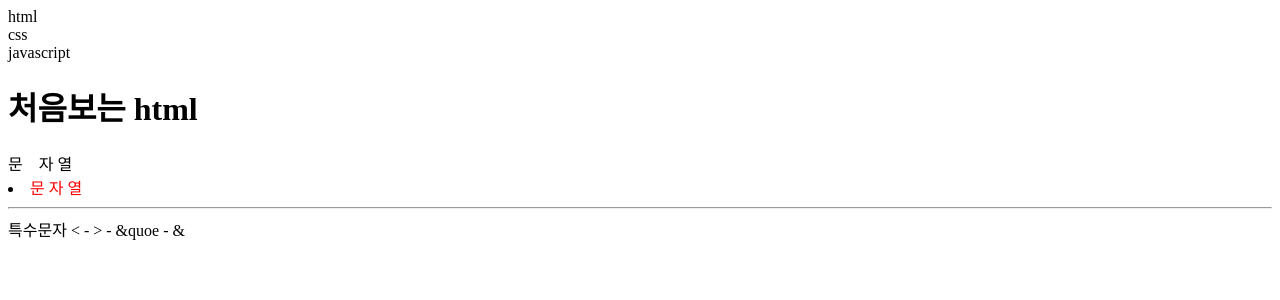
Repository: rightsecond3/java52
Page: workspace_script/dev_html/WebContent/html_day1/basicEl.html
An editor plug-in stored every save of this project. The page is shown before and after the next save, followed by the edit.
The browser window is 1280 px wide. The pictures show the whole page.

Above is the page before, as saved 2019-06-04 03:08:53.

After the next save:
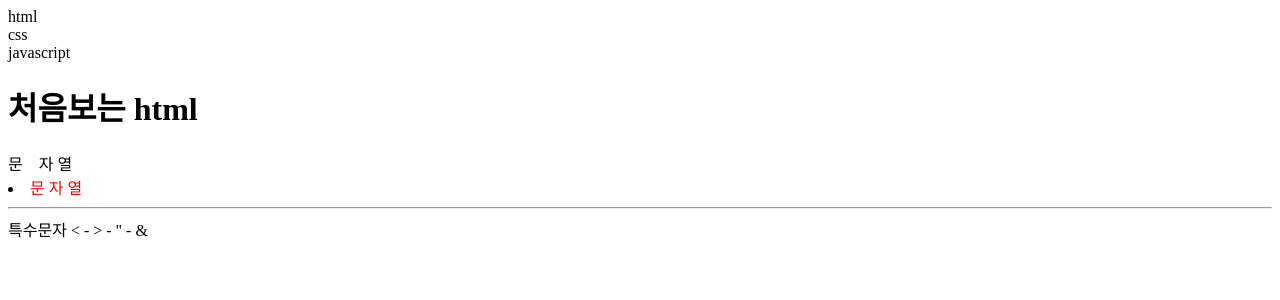
Saved 18 s later.
--- a/workspace_script/dev_html/WebContent/html_day1/basicEl.html
+++ b/workspace_script/dev_html/WebContent/html_day1/basicEl.html
@@ -17,6 +17,6 @@ javascript
 <li><font color="red">문 자      열</font></li>
 <hr>
 특수문자
-&lt - &gt - &quoe - &amp;
+&lt; - &gt; - &quot; - &amp;
 </body>
 </html>
